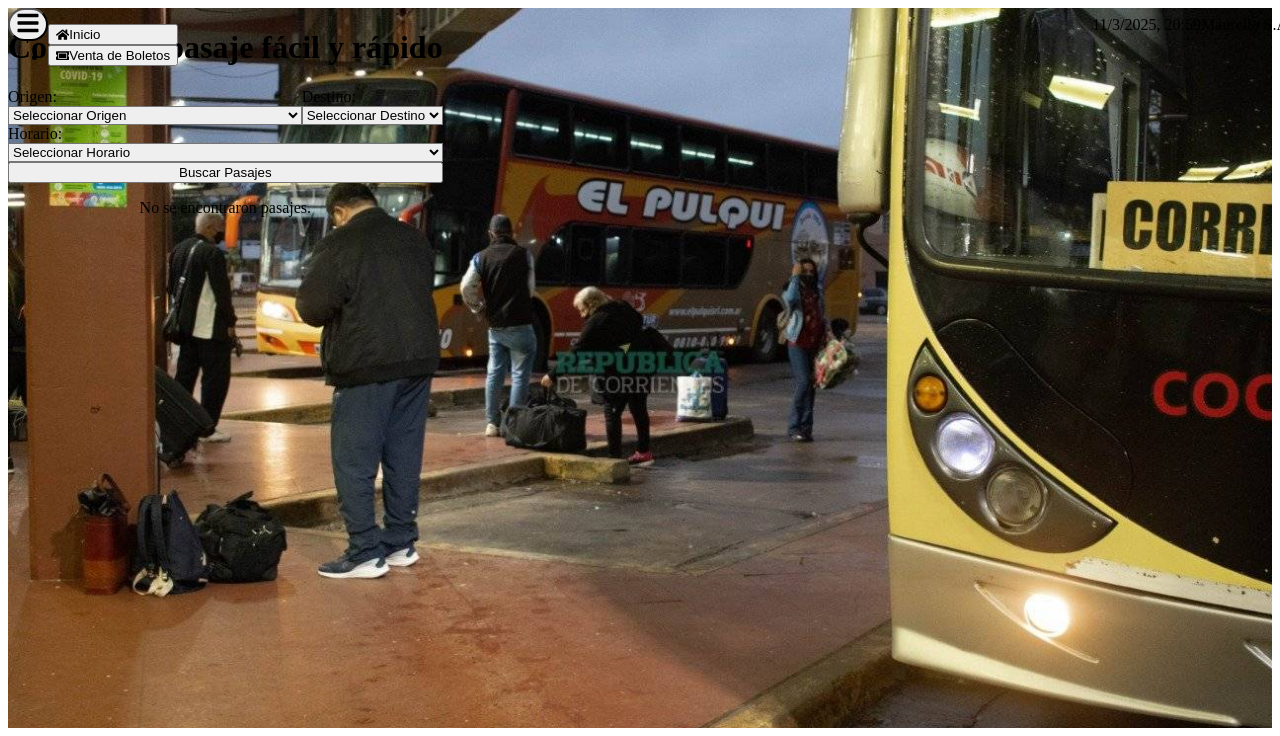
Repository: francoluca35/ventaboletos
Page: /ventaboleto
The author's editor kept a copy of each file at every save. The page is drawn from the files as they stood at one save, then again after the next save.
The browser window is 1280 px wide. The pictures show the whole page.
The page's requests for data from a server got no answer. The project was rebuilt for these pictures with package versions that can differ from the ones it lists, and the page was loaded fresh each time. The framework's server and built-in components were replaced by stand-ins that run in the browser. No one was signed in, and anything a server would have sent is missing. Also part of the build but not shown: next.config.mjs.

Above is the page before, as saved 2025-03-17 19:47:21.

After the next save:
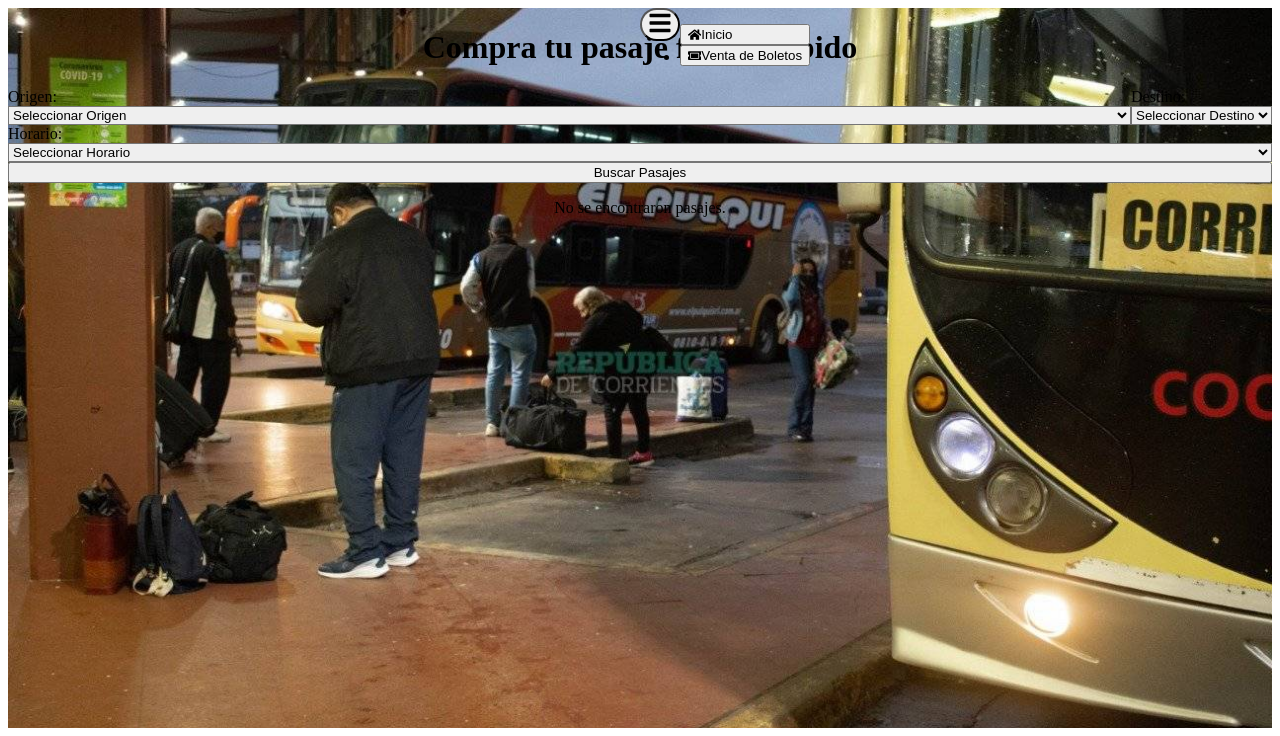
Saved 2 min 35 s later.
--- a/src/app/ventaboleto/page.js
+++ b/src/app/ventaboleto/page.js
@@ -27,70 +27,79 @@
   };
 
   return (
-    <div className="relative w-full h-screen bg-cover bg-center" style={{ backgroundImage: "url('/Assets/fondo-pasajes.jpg')" }}>
+    <div className="relative w-full min-h-screen bg-cover bg-center flex flex-col items-center py-16 md:py-24" style={{ backgroundImage: "url('/Assets/fondo-pasajes.jpg')" }}>
       <Sidebar />
-      <div className="absolute inset-0 bg-black bg-opacity-50 flex flex-col justify-center items-center">
-        <h1 className="text-white text-4xl font-bold mb-6">Compra tu pasaje fácil y rápido</h1>
 
-        <div className="bg-white p-6 rounded-lg shadow-lg w-full max-w-4xl">
-          {loading && <p className="text-gray-700 text-center">Cargando pasajes...</p>}
+      {/* Contenedor principal */}
+      <div className="absolute inset-0 bg-black bg-opacity-50"></div>
 
-          {!loading && (
-            <>
-              <div className="grid grid-cols-1 md:grid-cols-2 gap-4">
-                <div>
-                  <label className="block text-gray-700">Origen:</label>
-                  <select className="w-full p-2 border rounded" value={origen} onChange={(e) => setOrigen(e.target.value)}>
-                    <option value="">Seleccionar Origen</option>
-                    {[...new Set(tickets.map(ticket => ticket.origen))].map((origen, index) => (
-                      <option key={index} value={origen}>{origen}</option>
-                    ))}
-                  </select>
-                </div>
+      {/* Título con margen dinámico para evitar solapamiento */}
+      <h1 className="relative text-white text-2xl sm:text-4xl md:text-5xl font-bold text-center z-10 mb-8">
+        Compra tu pasaje fácil y rápido
+      </h1>
 
-                <div>
-                  <label className="block text-gray-700">Destino:</label>
-                  <select className="w-full p-2 border rounded" value={destino} onChange={(e) => setDestino(e.target.value)}>
-                    <option value="">Seleccionar Destino</option>
-                    {[...new Set(tickets.map(ticket => ticket.destino))].map((destino, index) => (
-                      <option key={index} value={destino}>{destino}</option>
-                    ))}
-                  </select>
-                </div>
+      <div className="relative z-10 bg-white p-6 rounded-lg shadow-lg w-full max-w-4xl">
+        {/* Cargando o error */}
+        {loading && <p className="text-gray-700 text-center">Cargando pasajes...</p>}
+        {error && <p className="text-red-600 text-center">{error}</p>}
 
-                <div className="col-span-2">
-                  <label className="block text-gray-700">Horario:</label>
-                  <select className="w-full p-2 border rounded" value={horario} onChange={(e) => setHorario(e.target.value)}>
-                    <option value="">Seleccionar Horario</option>
-                    <option value="mañana">Mañana</option>
-                    <option value="tarde">Tarde</option>
-                    <option value="noche">Noche</option>
-                  </select>
-                </div>
+        {!loading && (
+          <>
+            {/* Filtros de búsqueda */}
+            <div className="grid grid-cols-1 md:grid-cols-2 gap-4">
+              <div>
+                <label className="block text-gray-700">Origen:</label>
+                <select className="w-full p-2 border rounded" value={origen} onChange={(e) => setOrigen(e.target.value)}>
+                  <option value="">Seleccionar Origen</option>
+                  {[...new Set(tickets.map(ticket => ticket.origen))].map((origen, index) => (
+                    <option key={index} value={origen}>{origen}</option>
+                  ))}
+                </select>
               </div>
 
-              <button onClick={buscarPasajes} className="w-full bg-blue-600 text-white p-3 rounded mt-4">Buscar Pasajes</button>
+              <div>
+                <label className="block text-gray-700">Destino:</label>
+                <select className="w-full p-2 border rounded" value={destino} onChange={(e) => setDestino(e.target.value)}>
+                  <option value="">Seleccionar Destino</option>
+                  {[...new Set(tickets.map(ticket => ticket.destino))].map((destino, index) => (
+                    <option key={index} value={destino}>{destino}</option>
+                  ))}
+                </select>
+              </div>
 
-              <div className="mt-6">
-                {buscarPasajes().length > 0 ? (
-                  <div className="grid grid-cols-1 md:grid-cols-3 gap-4">
-                    {buscarPasajes().map((ticket, index) => (
-                      <div key={index} className="p-4 border rounded shadow bg-gray-100">
-                        <p><strong>Origen:</strong> {ticket.origen}</p>
-                        <p><strong>Destino:</strong> {ticket.destino}</p>
-                        <p><strong>Horario:</strong> {ticket.hora}</p>
-                        <p><strong>Precio:</strong> ${ticket.precio}</p>
-                        <button onClick={() => handleCompra(ticket)} className="mt-2 w-full bg-green-600 text-white p-2 rounded">Comprar Pasaje</button>
-                      </div>
-                    ))}
-                  </div>
-                ) : (
-                  <p className="text-red-600 text-center mt-4">No se encontraron pasajes.</p>
-                )}
+              <div className="col-span-2">
+                <label className="block text-gray-700">Horario:</label>
+                <select className="w-full p-2 border rounded" value={horario} onChange={(e) => setHorario(e.target.value)}>
+                  <option value="">Seleccionar Horario</option>
+                  <option value="mañana">Mañana</option>
+                  <option value="tarde">Tarde</option>
+                  <option value="noche">Noche</option>
+                </select>
               </div>
-            </>
-          )}
-        </div>
+            </div>
+
+            <button onClick={buscarPasajes} className="w-full bg-blue-600 text-white p-3 rounded mt-4">Buscar Pasajes</button>
+
+            {/* Contenedor de resultados en grid responsive */}
+            <div className="mt-6">
+              {buscarPasajes().length > 0 ? (
+                <div className="grid grid-cols-1 sm:grid-cols-2 md:grid-cols-3 gap-4">
+                  {buscarPasajes().map((ticket, index) => (
+                    <div key={index} className="p-4 border rounded shadow bg-gray-100">
+                      <p><strong>Origen:</strong> {ticket.origen}</p>
+                      <p><strong>Destino:</strong> {ticket.destino}</p>
+                      <p><strong>Horario:</strong> {ticket.hora}</p>
+                      <p><strong>Precio:</strong> ${ticket.precio}</p>
+                      <button onClick={() => handleCompra(ticket)} className="mt-2 w-full bg-green-600 text-white p-2 rounded">Comprar Pasaje</button>
+                    </div>
+                  ))}
+                </div>
+              ) : (
+                <p className="text-red-600 text-center mt-4">No se encontraron pasajes.</p>
+              )}
+            </div>
+          </>
+        )}
       </div>
     </div>
   );
